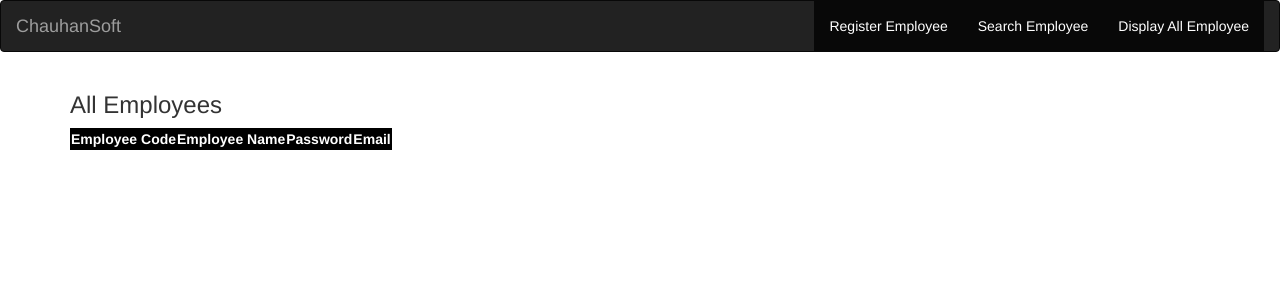
Repository: ErAdarshChauhan/Spring-Framework-5.0.0-Concepts
Page: http://localhost/sf-mvc-with-hibernate-crud-and-login-logout/WEB-INF/jsp/allEmployee.jsp
An editor plug-in stored every save of this project. The page is shown before and after the next save, followed by the edit.
The browser window is 1280 px wide. The pictures show the whole page.
The page is served by Tomcat 9. Nobody is signed in. The template is opened directly, without the code that normally fills it, so the values that code supplies are empty.

Above is the page before, as saved 2020-06-22 09:51:07.

After the next save:
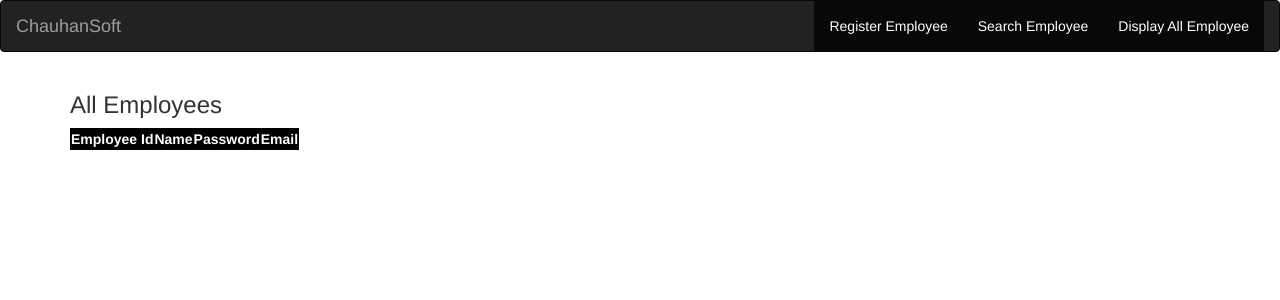
Saved 44 s later.
--- a/Spring-MVC-Projects/sf-mvc-with-hibernate-crud-and-login-logout/src/main/webapp/WEB-INF/jsp/allEmployee.jsp
+++ b/Spring-MVC-Projects/sf-mvc-with-hibernate-crud-and-login-logout/src/main/webapp/WEB-INF/jsp/allEmployee.jsp
@@ -52,8 +52,8 @@
    <p>
    		<table>
 		  <tr>
-		    <th>Employee Code</th>
-		    <th>Employee Name</th>
+		    <th>Employee Id</th>
+		    <th>Name</th>
 		    <th>Password</th>
 		    <th>Email</th>
 		  </tr>
